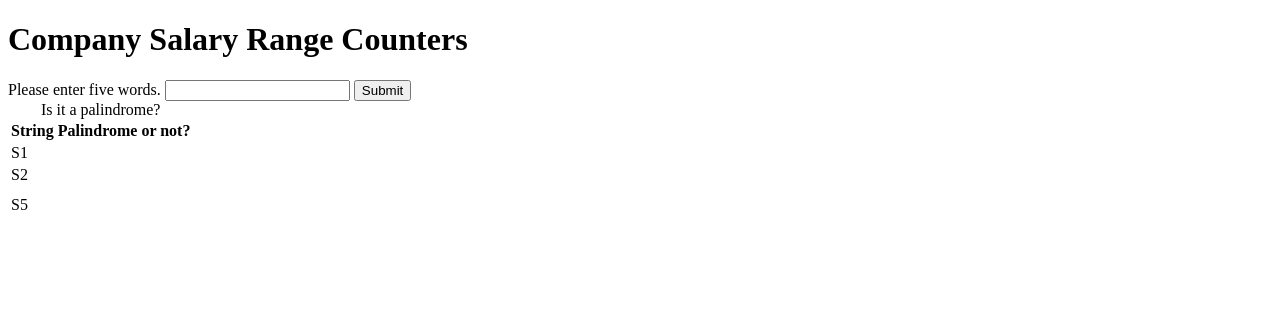
Repository: mlmEFSC21/P18-Palindrome-Table
Page: palindrome.html
These files come from the project's save history. The page is drawn as it stood at one moment and after the next save; the edit follows.
The browser window is 1280 px wide. The pictures show the whole page.

Above is the page before, as saved 2022-04-03 17:13:24.

### palindrome.html
<!DOCTYPE html>
<html lang="en">
    <head>
        <meta charset="UTF-8" />
        <meta http-equiv="X-UA-Compatible" content="IE=edge" />
        <meta name="viewport" content="width=device-width, initial-scale=1.0" />
        <title>Palindrome Table</title>
    </head>
    <body>
        <header class="mainHeader">
            <h1>Company Salary Range Counters</h1>
        </header>
        <div class="mainContent">
            <div class="formContainer" id="formContainer">
                <form class="salaryForm" id="salaryForm">
                    <label for="stringInput">Please enter five words.</label>
                    <input
                        type="text"
                        name="stringInput"
                        class="stringInput"
                        id="stringInput"
                        required
                    />
                    <button type="submit" class="submit-btn" id="submit-btn">Submit</button>
                </form>
            </div>
            <div class="tableContainer" id="tableContainer">
                <table>
                    <caption>
                        Is it a palindrome?
                    </caption>
                    <thead>
                        <tr>
                            <th>String</th>
                            <th>Palindrome or not?</th>
                        </tr>
                    </thead>
                    <tbody>
                        <tr>
                            <td class="string">S1</td>
                            <td class="yes-no"></td>
                        </tr>
                        <tr>
                            <td class="string">S2</td>
                            <td class="yes-no"></td>
                        </tr>
                        <tr>
                            <td class="string"></td>
                            <td class="yes-no"></td>
                        </tr>
                        <tr>
                            <td class="string"></td>
                            <td class="yes-no"></td>
                        </tr>
                        <tr>
                            <td class="string">S5</td>
                            <td class="yes-no"></td>
                        </tr>
                    </tbody>
                </table>
            </div>
        </div>
    </body>
</html>

After the next save:
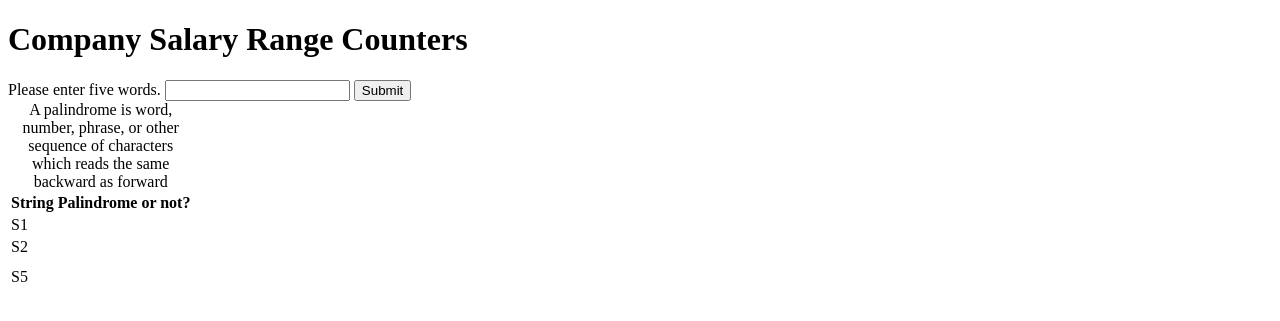
Saved 102 s later.
--- a/palindrome.html
+++ b/palindrome.html
@@ -12,7 +12,7 @@
         </header>
         <div class="mainContent">
             <div class="formContainer" id="formContainer">
-                <form class="salaryForm" id="salaryForm">
+                <form class="palindromeForm" id="palindromeForm">
                     <label for="stringInput">Please enter five words.</label>
                     <input
                         type="text"
@@ -27,7 +27,8 @@
             <div class="tableContainer" id="tableContainer">
                 <table>
                     <caption>
-                        Is it a palindrome?
+                        A palindrome is word, number, phrase, or other sequence of characters which
+                        reads the same backward as forward
                     </caption>
                     <thead>
                         <tr>
